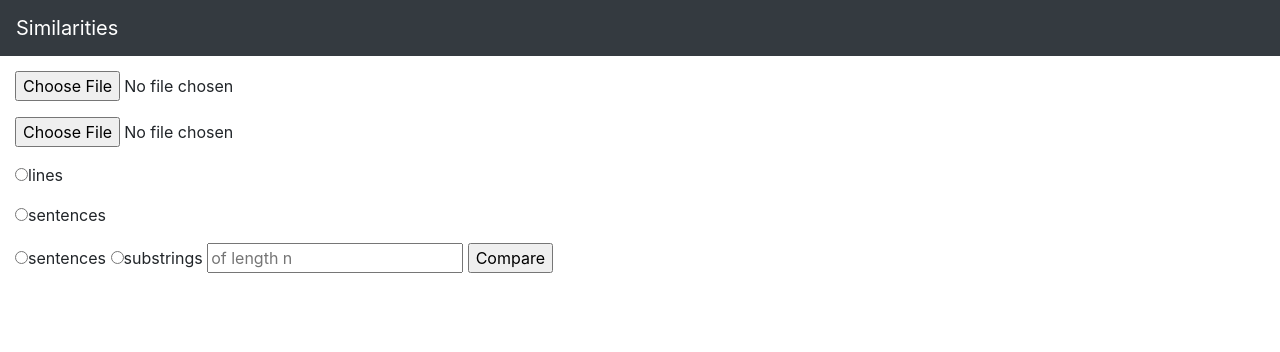
Repository: kenwynejohnes/cs50
Page: http://localhost/
The author's editor kept a record of every edit. The page is drawn from the files as they stood at one moment, then again after the next edit.
The browser window is 1280 px wide. The pictures show the whole page.
Some web libraries are served in a nearby version. The page is served by the project's application, run on Flask 3 (pset6/similarities/application.py). Other server files are loaded and not shown.

Above is the page before.

### pset6/similarities/templates/index.html
{% extends "layout.html" %}

{% block body %}

    <div class="col">
        <form action="/compare" enctype="multipart/form-data" method="post">

            <!-- TODO -->
            <p>
                <input type="file" name="file1"></input>
            </p>
            <p>
                <input type="file" name="file2"></input>
            </p>

            <p>
                <input type="radio" name="algorithm" value="lines">lines</input>
            </p>
            <p>
                <input type="radio" name="algorithm" value="sentences">sentences</input>
            </p>
            <input type="radio" name="algorithm" value="sentences">sentences</input>
            <input type="radio" name="algorithm" value="substrings">substrings</input>
            <input type="number" name="length" placeholder="of length n">

            <button type="submit">Compare</button>


        </form>
    </div>

{% endblock %}

### pset6/similarities/templates/layout.html
<!DOCTYPE html>

<html lang="en">
    <head>

        <!-- Required meta tags -->
        <meta charset="utf-8"/>
        <meta name="viewport" content="width=device-width, initial-scale=1, shrink-to-fit=no"/>

        <!-- Bootstrap CSS -->
        <link href="https://maxcdn.bootstrapcdn.com/bootstrap/4.0.0-beta/css/bootstrap.min.css" rel="stylesheet"/>

        <link href="/static/styles.css" rel="stylesheet"/>

        <title>Similarities</title>

    </head>
    <body>

        <nav class="navbar fixed-top navbar-dark bg-dark">
            <a class="navbar-brand" href="/">Similarities</a>
        </nav>

        <div class="container-fluid">
            <div class="row">
                {% block body %}{% endblock %}
            </div>
        </div>

        <!-- Optional JavaScript -->
        <script src="https://code.jquery.com/jquery-3.2.1.slim.min.js"></script>
        <script src="https://cdnjs.cloudflare.com/ajax/libs/popper.js/1.11.0/umd/popper.min.js"></script>
        <script src="https://maxcdn.bootstrapcdn.com/bootstrap/4.0.0-beta/js/bootstrap.min.js"></script>

    </body>
</html>

Loaded but not shown: pset6/similarities/application.py (common file); pset6/similarities/static/styles.css (common file)

After the next edit:
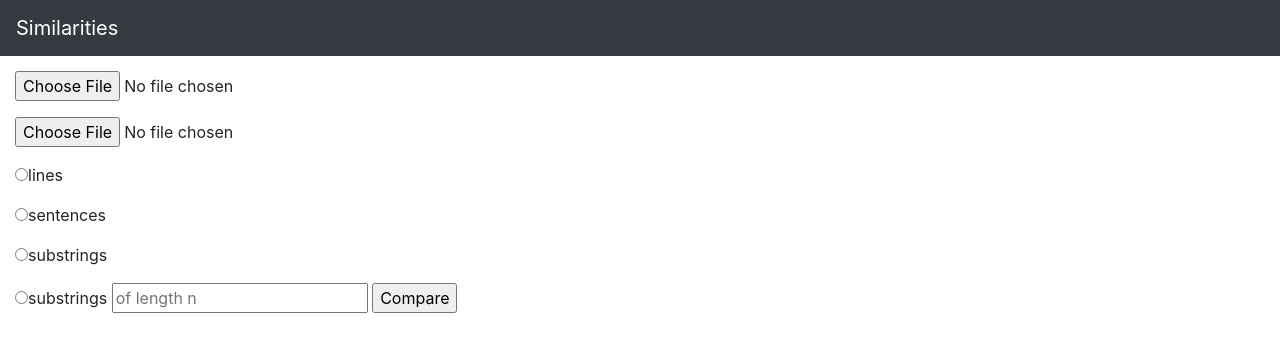
The edit:
--- a/pset6/similarities/templates/index.html
+++ b/pset6/similarities/templates/index.html
@@ -19,7 +19,9 @@
             <p>
                 <input type="radio" name="algorithm" value="sentences">sentences</input>
             </p>
-            <input type="radio" name="algorithm" value="sentences">sentences</input>
+            <p>
+                <input type="radio" name="algorithm" value="substrings">substrings</input>
+            </p>
             <input type="radio" name="algorithm" value="substrings">substrings</input>
             <input type="number" name="length" placeholder="of length n">
 
